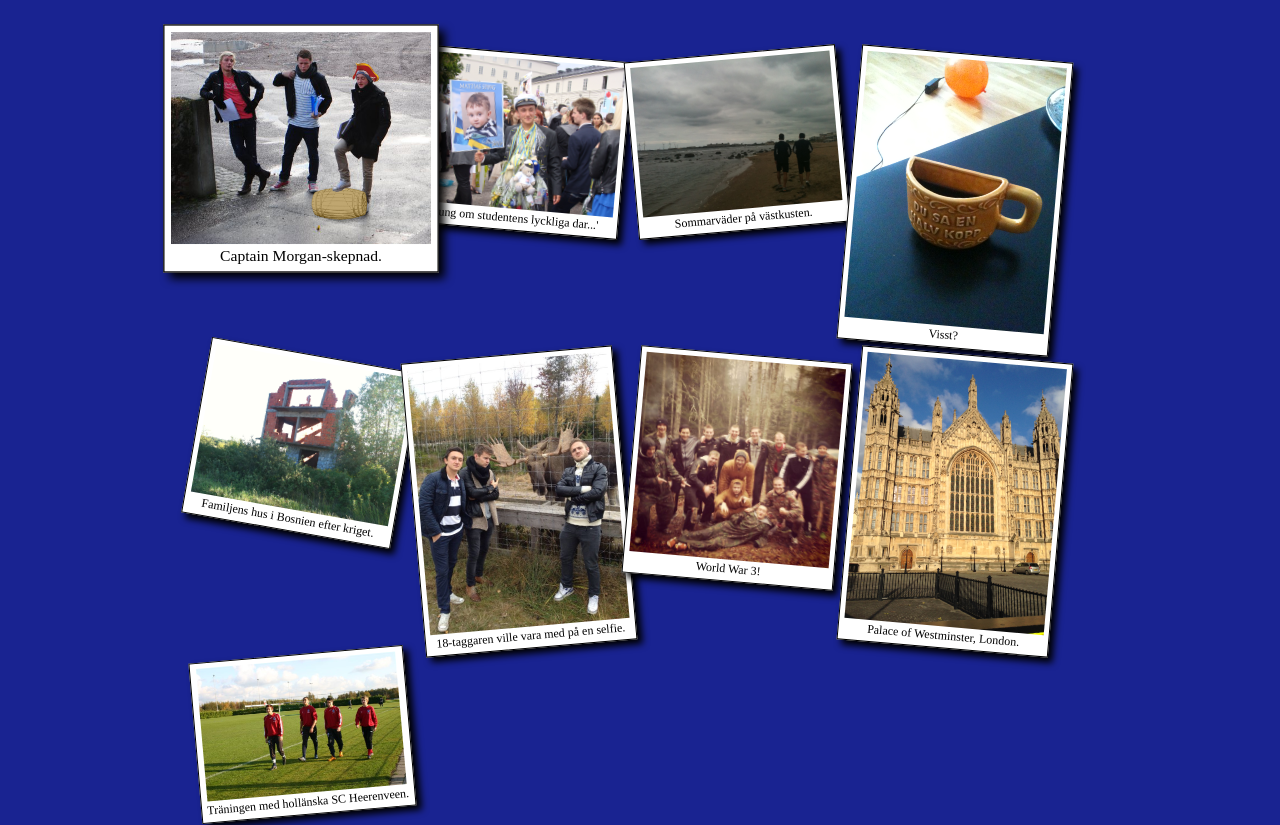
Repository: mp222sf/1ik415-laborationer
Page: gallery/index.html
The author's editor kept a record of every edit. The page is drawn from the files as they stood at one moment, then again after the next edit.
The browser window is 1280 px wide. The pictures show the whole page.
The pointer rests on the first visible `#gallery a`.
Some web fonts or font styles are not loaded; a fallback is used.

Above is the page before.

After the next edit:
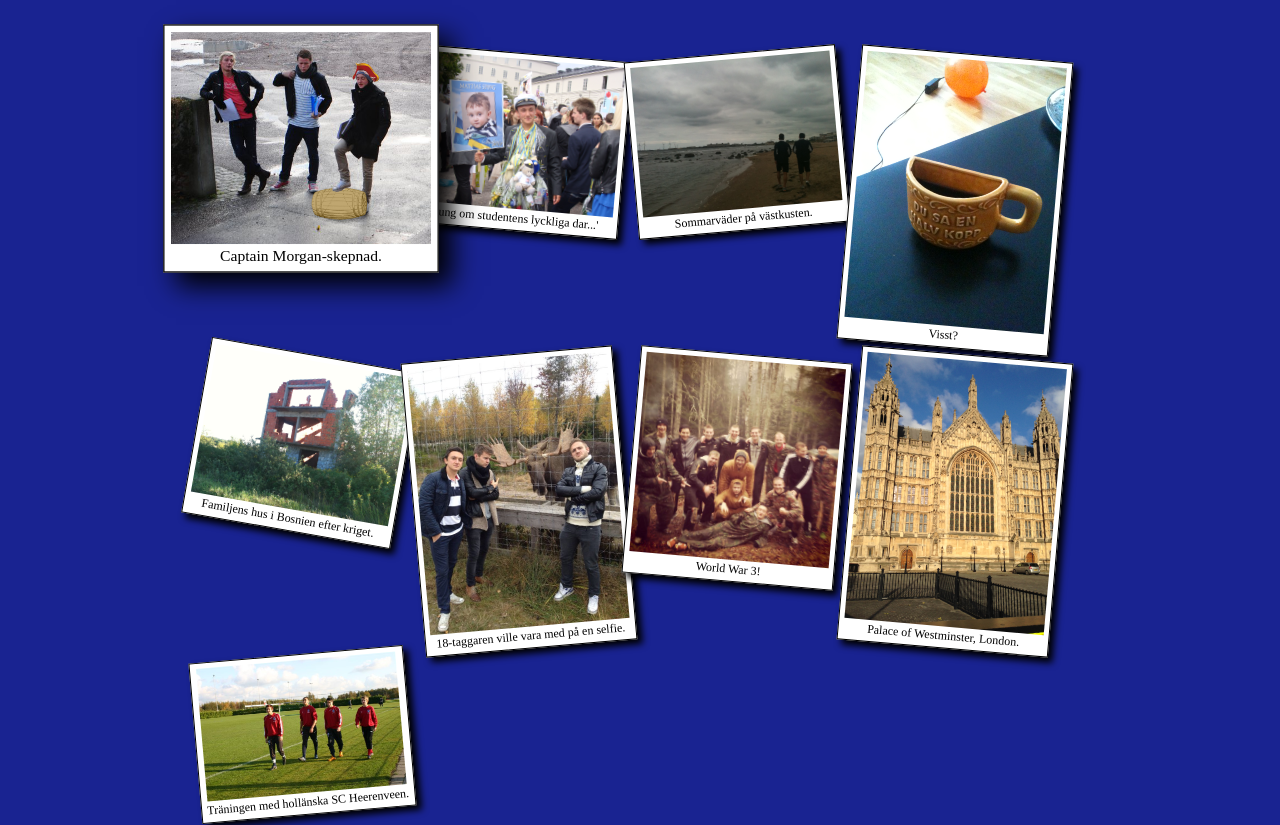
The edit:
--- a/gallery/css/style_gallery.css
+++ b/gallery/css/style_gallery.css
@@ -114,6 +114,7 @@
     transform: rotate(0deg);
     transform: scale(1.3);
     z-index: 10;
+    box-shadow: 10px 10px 20px black;
 }
 
 
